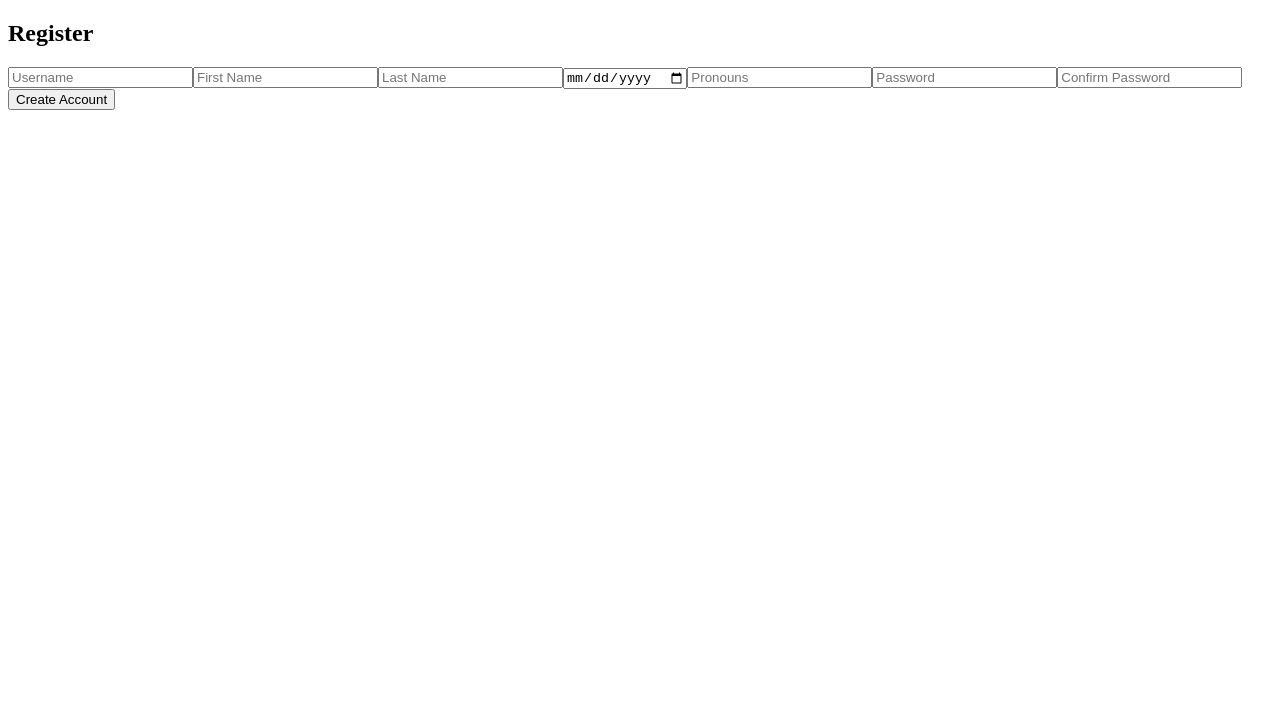
Repository: BMXracer44/CalendarConnect
Page: /register (app in frontend/)
An editor plug-in stored every save of this project. The page is shown before and after the next save, followed by the edit.
The browser window is 1280 px wide. The pictures show the whole page.
The project was rebuilt for these pictures with package versions that can differ from the ones it lists, and the page was loaded fresh each time. Also part of the build but not shown: frontend/src/pages/Login.jsx.

Above is the page before, as saved 2026-04-01 12:50:28.

### frontend/src/index.js
import React from "react";
import ReactDOM from "react-dom/client";
import { RouterProvider } from "react-router-dom";
import { router } from "./router";
import "./index.css";


ReactDOM.createRoot(document.getElementById("root")).render(
  <RouterProvider router={router} />
);

### frontend/src/router.jsx
import { createBrowserRouter } from "react-router-dom";
import App from "./App";
import Login from "./pages/Login";
import Register from "./pages/Register";
import Home from "./pages/Home";

export const router = createBrowserRouter([
  {
    path: "/",
    element: <App />,   // 👈 use App here
    children: [
      { index: true, element: <Login /> },     // "/"
      { path: "register", element: <Register /> },
      { path: "home", element: <Home /> }
    ]
  }
]);

### frontend/src/App.js
import { Outlet } from "react-router-dom";

function App() {
  return (
    <div>
      <Outlet />
    </div>
  );
}

export default App;

### frontend/src/pages/Register.jsx
import React, { useState } from "react";
import { useNavigate } from "react-router-dom";

const Register = () => {
  const navigate = useNavigate();

  const [formData, setFormData] = useState({
    username: "",
    firstName: "",
    lastName: "",
    dateOfBirth: "",
    pronouns: "",
    password: "",
    confirmPassword: ""
  });

  const [error, setError] = useState("");
  const [success, setSuccess] = useState("");

  const handleChange = (e) => {
    setFormData({
      ...formData,
      [e.target.name]: e.target.value
    });
  };

  const handleSubmit = async (e) => {
    e.preventDefault();

    if (formData.password !== formData.confirmPassword) {
      setError("Passwords do not match");
      setSuccess("");
      return;
    }

    try {
      const response = await fetch("http://localhost:8080/api/register", {
        method: "POST",
        headers: {
          "Content-Type": "application/json"
        },
        body: JSON.stringify(formData)
      });

      const data = await response.json();

      if (response.ok) {
        setSuccess("Account created successfully!");
        setError("");

        setTimeout(() => {
          navigate("/login");
        }, 1000);

        setFormData({
          username: "",
          firstName: "",
          lastName: "",
          dateOfBirth: "",
          pronouns: "",
          password: "",
          confirmPassword: ""
        });

      } else {
        setError(data.message || "Registration failed");
        setSuccess("");
      }

    } catch (err) {
      setError("Server not reachable");
      setSuccess("");
    }
  };

  return (
    <div className="auth-container">
      <h2>Register</h2>

      {error && <p style={{ color: "red" }}>{error}</p>}
      {success && <p style={{ color: "green" }}>{success}</p>}

      <form onSubmit={handleSubmit}>
        <input
          type="text"
          name="username"
          placeholder="Username"
          value={formData.username}
          onChange={handleChange}
          required
        />

        <input
          type="text"
          name="firstName"
          placeholder="First Name"
          value={formData.firstName}
          onChange={handleChange}
          required
        />

        <input
          type="text"
          name="lastName"
          placeholder="Last Name"
          value={formData.lastName}
          onChange={handleChange}
          required
        />

        <input
          type="date"
          name="dateOfBirth"
          value={formData.dateOfBirth}
          onChange={handleChange}
          required
        />

        <input
          type="text"
          name="pronouns"
          placeholder="Pronouns"
          value={formData.pronouns}
          onChange={handleChange}
        />

        <input
          type="password"
          name="password"
          placeholder="Password"
          value={formData.password}
          onChange={handleChange}
          required
        />

        <input
          type="password"
          name="confirmPassword"
          placeholder="Confirm Password"
          value={formData.confirmPassword}
          onChange={handleChange}
          required
        />

        <button type="submit">Create Account</button>
      </form>
    </div>
  );
};

export default Register;

### frontend/src/index.css
/* =========================
   GLOBAL PAGE BACKGROUND
========================= */
.login-container {
  min-height: 100vh;
  display: flex;
  justify-content: center;
  align-items: center;
  padding: 20px;
  background: linear-gradient(135deg, #667eea, #764ba2);
  font-family: Arial, sans-serif;
}

/* =========================
   AUTH CARD (LOGIN + REGISTER)
========================= */
.login-card {
  width: 100%;
  max-width: 400px;
  background: #ffffff;
  padding: 40px 35px;
  border-radius: 16px;
  box-shadow: 0 15px 40px rgba(0, 0, 0, 0.25);
  text-align: center;
  animation: fadeIn 0.4s ease-in-out;
}

/* Card animation */
@keyframes fadeIn {
  from {
    opacity: 0;
    transform: translateY(15px);
  }
  to {
    opacity: 1;
    transform: translateY(0);
  }
}

/* =========================
   HEADINGS
========================= */
.login-card h2 {
  font-size: 26px;
  margin-bottom: 8px;
  color: #333;
}

.login-card p {
  font-size: 14px;
  color: #777;
  margin-bottom: 18px;
}

/* =========================
   INPUT FIELDS
========================= */
.login-card input {
  width: 100%;
  padding: 12px 14px;
  margin-top: 12px;
  border: 1px solid #ddd;
  border-radius: 10px;
  font-size: 14px;
  outline: none;
  transition: all 0.25s ease;
}

/* Focus effect */
.login-card input:focus {
  border-color: #667eea;
  box-shadow: 0 0 8px rgba(102, 126, 234, 0.35);
}

/* =========================
   BUTTON
========================= */
.login-card button {
  width: 100%;
  padding: 12px;
  margin-top: 18px;
  background: #667eea;
  color: white;
  border: none;
  border-radius: 10px;
  font-size: 15px;
  font-weight: bold;
  cursor: pointer;
  transition: all 0.2s ease;
}

/* Hover effect */
.login-card button:hover {
  background: #5a67d8;
  transform: translateY(-2px);
}

/* =========================
   ERROR & SUCCESS MESSAGES
========================= */
.error-text {
  color: #e74c3c;
  font-size: 13px;
  margin-top: 10px;
}

.success-text {
  color: #2ecc71;
  font-size: 13px;
  margin-top: 10px;
}

/* =========================
   BOTTOM TEXT LINKS
========================= */
.bottom-text {
  margin-top: 18px;
  font-size: 13px;
  color: #555;
}

.bottom-text a {
  color: #667eea;
  font-weight: bold;
  text-decoration: none;
}

.bottom-text a:hover {
  text-decoration: underline;
}

/* =========================
   REGISTER SPACING (optional)
========================= */
.register-extra-spacing input {
  margin-top: 14px;
}

Loaded but not shown: frontend/src/pages/Home.jsx (no stored copy; drawn as an empty file)

After the next save:
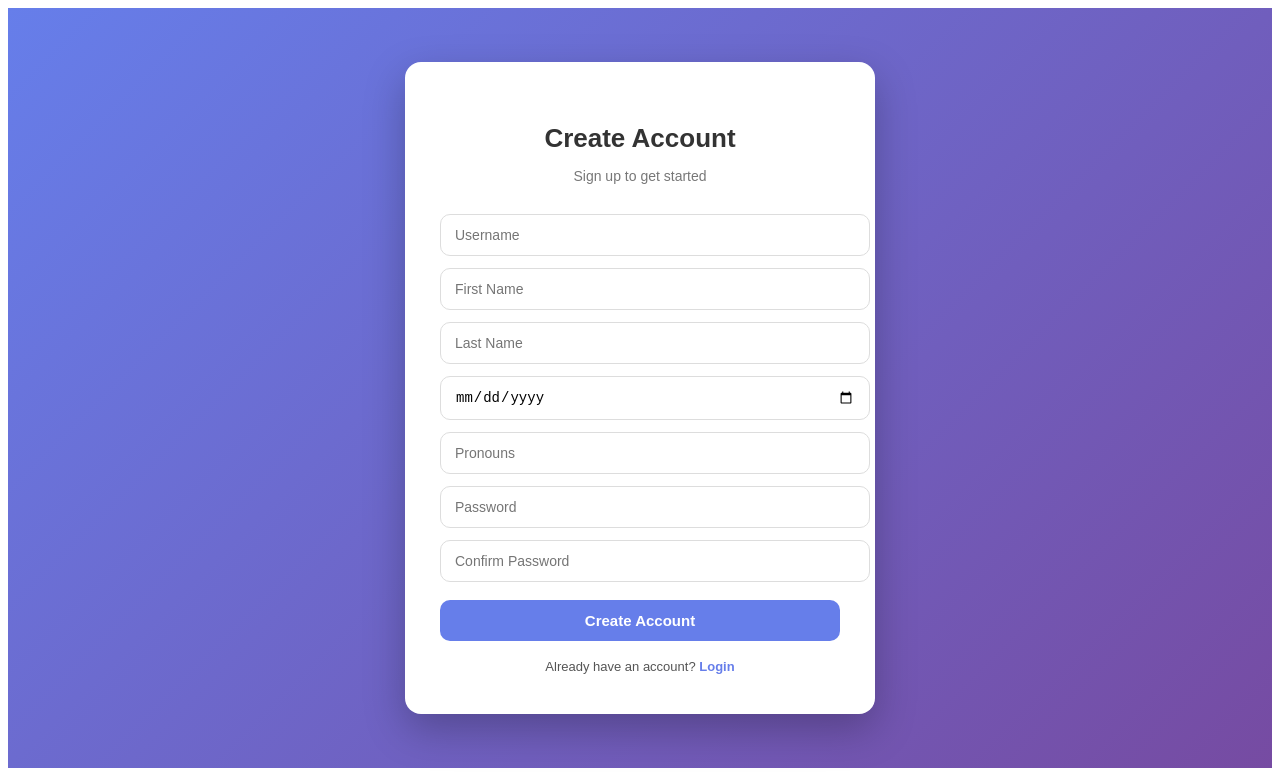
Saved 96 s later.
--- a/frontend/src/pages/Register.jsx
+++ b/frontend/src/pages/Register.jsx
@@ -74,76 +74,86 @@ const Register = () => {
   };
 
   return (
-    <div className="auth-container">
-      <h2>Register</h2>
+    <div className="login-container">
+      <div className="login-card register-card">
 
-      {error && <p style={{ color: "red" }}>{error}</p>}
-      {success && <p style={{ color: "green" }}>{success}</p>}
+        <h2>Create Account</h2>
+        <p>Sign up to get started</p>
 
-      <form onSubmit={handleSubmit}>
-        <input
-          type="text"
-          name="username"
-          placeholder="Username"
-          value={formData.username}
-          onChange={handleChange}
-          required
-        />
+        {error && <p className="error-text">{error}</p>}
+        {success && <p className="success-text">{success}</p>}
 
-        <input
-          type="text"
-          name="firstName"
-          placeholder="First Name"
-          value={formData.firstName}
-          onChange={handleChange}
-          required
-        />
+        <form onSubmit={handleSubmit} className="register-form">
 
-        <input
-          type="text"
-          name="lastName"
-          placeholder="Last Name"
-          value={formData.lastName}
-          onChange={handleChange}
-          required
-        />
+          <input
+            type="text"
+            name="username"
+            placeholder="Username"
+            value={formData.username}
+            onChange={handleChange}
+            required
+          />
 
-        <input
-          type="date"
-          name="dateOfBirth"
-          value={formData.dateOfBirth}
-          onChange={handleChange}
-          required
-        />
+          <input
+            type="text"
+            name="firstName"
+            placeholder="First Name"
+            value={formData.firstName}
+            onChange={handleChange}
+            required
+          />
 
-        <input
-          type="text"
-          name="pronouns"
-          placeholder="Pronouns"
-          value={formData.pronouns}
-          onChange={handleChange}
-        />
+          <input
+            type="text"
+            name="lastName"
+            placeholder="Last Name"
+            value={formData.lastName}
+            onChange={handleChange}
+            required
+          />
 
-        <input
-          type="password"
-          name="password"
-          placeholder="Password"
-          value={formData.password}
-          onChange={handleChange}
-          required
-        />
+          <input
+            type="date"
+            name="dateOfBirth"
+            value={formData.dateOfBirth}
+            onChange={handleChange}
+            required
+          />
 
-        <input
-          type="password"
-          name="confirmPassword"
-          placeholder="Confirm Password"
-          value={formData.confirmPassword}
-          onChange={handleChange}
-          required
-        />
+          <input
+            type="text"
+            name="pronouns"
+            placeholder="Pronouns"
+            value={formData.pronouns}
+            onChange={handleChange}
+          />
 
-        <button type="submit">Create Account</button>
-      </form>
+          <input
+            type="password"
+            name="password"
+            placeholder="Password"
+            value={formData.password}
+            onChange={handleChange}
+            required
+          />
+
+          <input
+            type="password"
+            name="confirmPassword"
+            placeholder="Confirm Password"
+            value={formData.confirmPassword}
+            onChange={handleChange}
+            required
+          />
+
+          <button type="submit">Create Account</button>
+        </form>
+
+        <div className="bottom-text">
+          Already have an account? <a href="/login">Login</a>
+        </div>
+
+      </div>
     </div>
   );
 };
